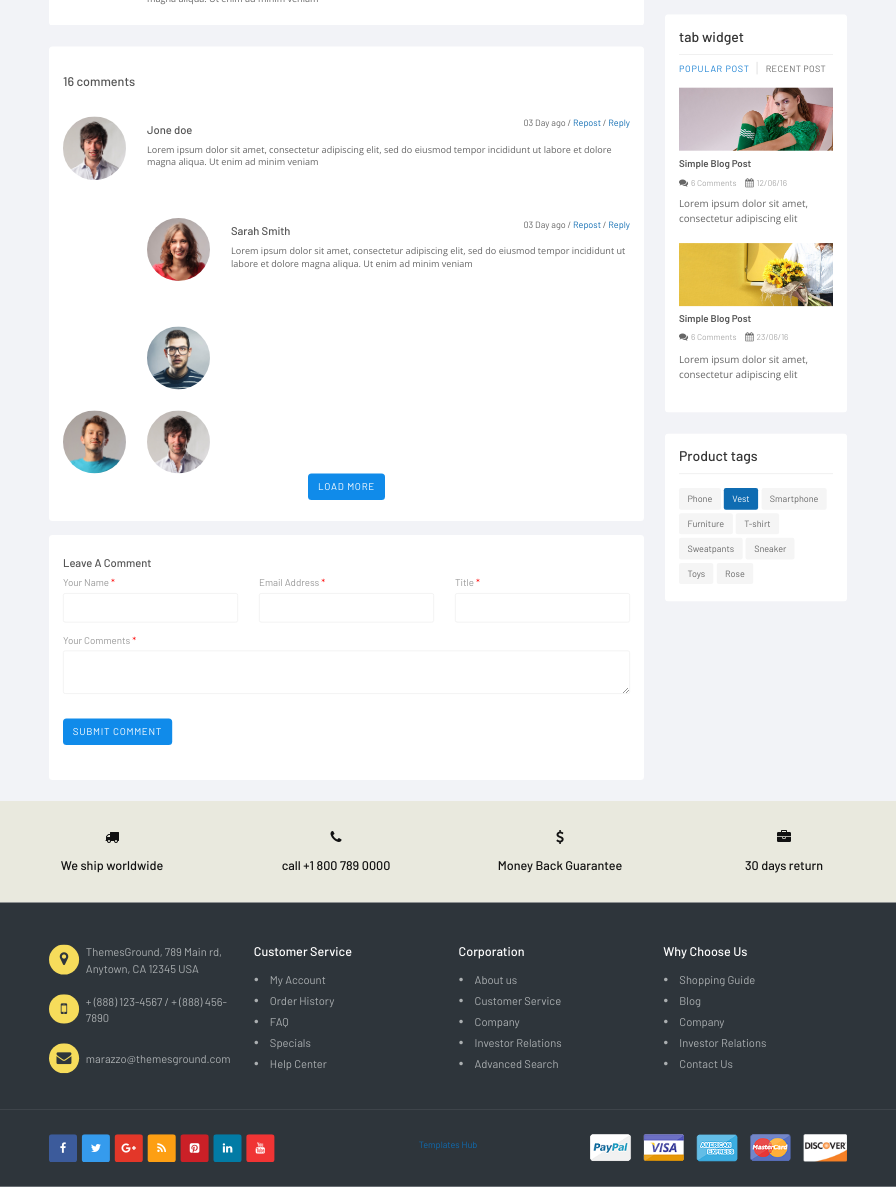
Repository: ztarikul/Laravel_e_commerce
Page: resources/views/posts/blog_details.blade.php
An editor plug-in stored every save of this project. The page is shown before and after the next save, followed by the edit.
The browser window is 1280 px wide. The pictures show the part of the page from y = 905 to 2825 px (the page is 2601 px tall before and 2825 px after), at 70% of full size.
The page is served by the project's Laravel application, run on PHP 8.4 with Laravel 8. The template is opened directly, without the code that normally fills it, so the values that code supplies are empty.

Above is the page before, as saved 2021-07-30 01:29:51.

After the next save:
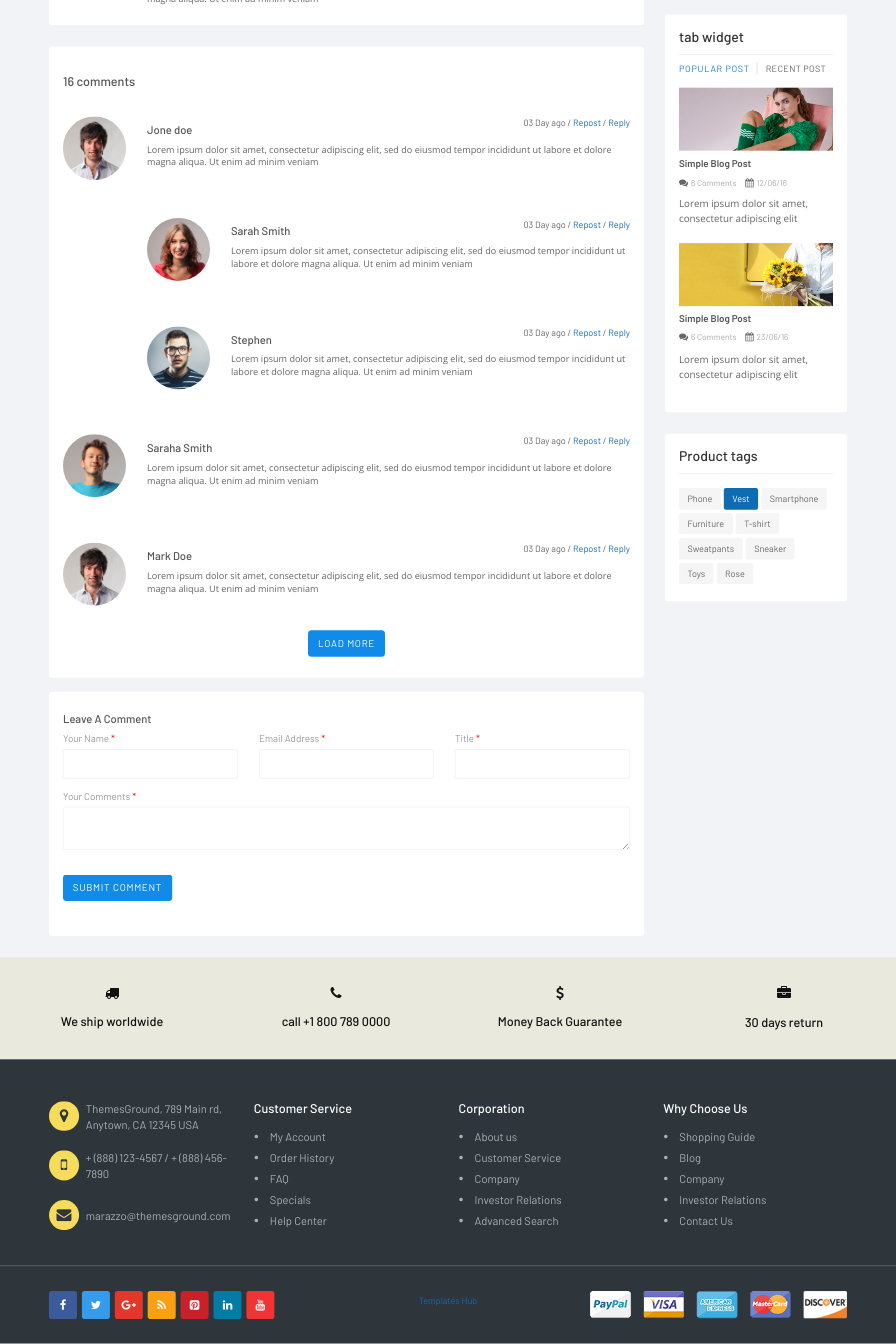
Saved 6 min 53 s later.
--- a/e_com/resources/views/posts/blog_details.blade.php
+++ b/e_com/resources/views/posts/blog_details.blade.php
@@ -96,18 +96,48 @@
 					<div class="col-md-2 col-sm-2">
 						<img src="assets/images/testimonials/member3.png" alt="Responsive image" class="img-rounded img-responsive">
 					</div>
-
+					<div class="col-md-10 col-sm-10">
+						<div class=" inner-bottom-xs">
+							<h4>Stephen</h4>
+							<span class="review-action pull-right">
+								03 Day ago &sol;
+								<a href="#"> Repost</a> &sol;
+								<a href="#"> Reply</a>
+							</span>
+							<p>Lorem ipsum dolor sit amet, consectetur adipiscing elit, sed do eiusmod tempor incididunt ut labore et dolore magna aliqua. Ut enim ad minim veniam</p>
+						</div>
+					</div>
 				</div>
 			</div>
 		</div>
 		<div class="col-md-2 col-sm-2">
 			<img src="assets/images/testimonials/member4.png" alt="Responsive image" class="img-rounded img-responsive">
 		</div>
-
+		<div class="col-md-10 col-sm-10">
+			<div class="blog-comments inner-bottom-xs outer-bottom-xs">
+				<h4>Saraha Smith</h4>
+				<span class="review-action pull-right">
+					03 Day ago &sol;
+					<a href="#"> Repost</a> &sol;
+					<a href="#"> Reply</a>
+				</span>
+				<p>Lorem ipsum dolor sit amet, consectetur adipiscing elit, sed do eiusmod tempor incididunt ut labore et dolore magna aliqua. Ut enim ad minim veniam</p>
+			</div>
+		</div>
 		<div class="col-md-2 col-sm-2">
 			<img src="assets/images/testimonials/member1.png" alt="Responsive image" class="img-rounded img-responsive">
 		</div>
-
+		<div class="col-md-10 col-sm-10">
+			<div class="blog-comment inner-bottom-xs">
+				<h4>Mark Doe</h4>
+				<span class="review-action pull-right">
+					03 Day ago &sol;
+					<a href="#"> Repost</a> &sol;
+					<a href="#"> Reply</a>
+				</span>
+				<p>Lorem ipsum dolor sit amet, consectetur adipiscing elit, sed do eiusmod tempor incididunt ut labore et dolore magna aliqua. Ut enim ad minim veniam</p>
+			</div>
+		</div>
 		<div class="post-load-more col-md-12"><a class="btn btn-upper btn-primary" href="#">Load more</a></div>
 	</div>
 </div>					<div class="blog-write-comment outer-bottom-xs outer-top-xs">
@@ -139,7 +169,7 @@
 			  </div>
 			</form>
 		</div>
-		<div id="comment_box" class="col-md-12">
+		<div class="col-md-12">
 			<form class="register-form" role="form">
 				<div class="form-group">
 			    <label class="info-title" for="exampleInputComments">Your Comments <span>*</span></label>
